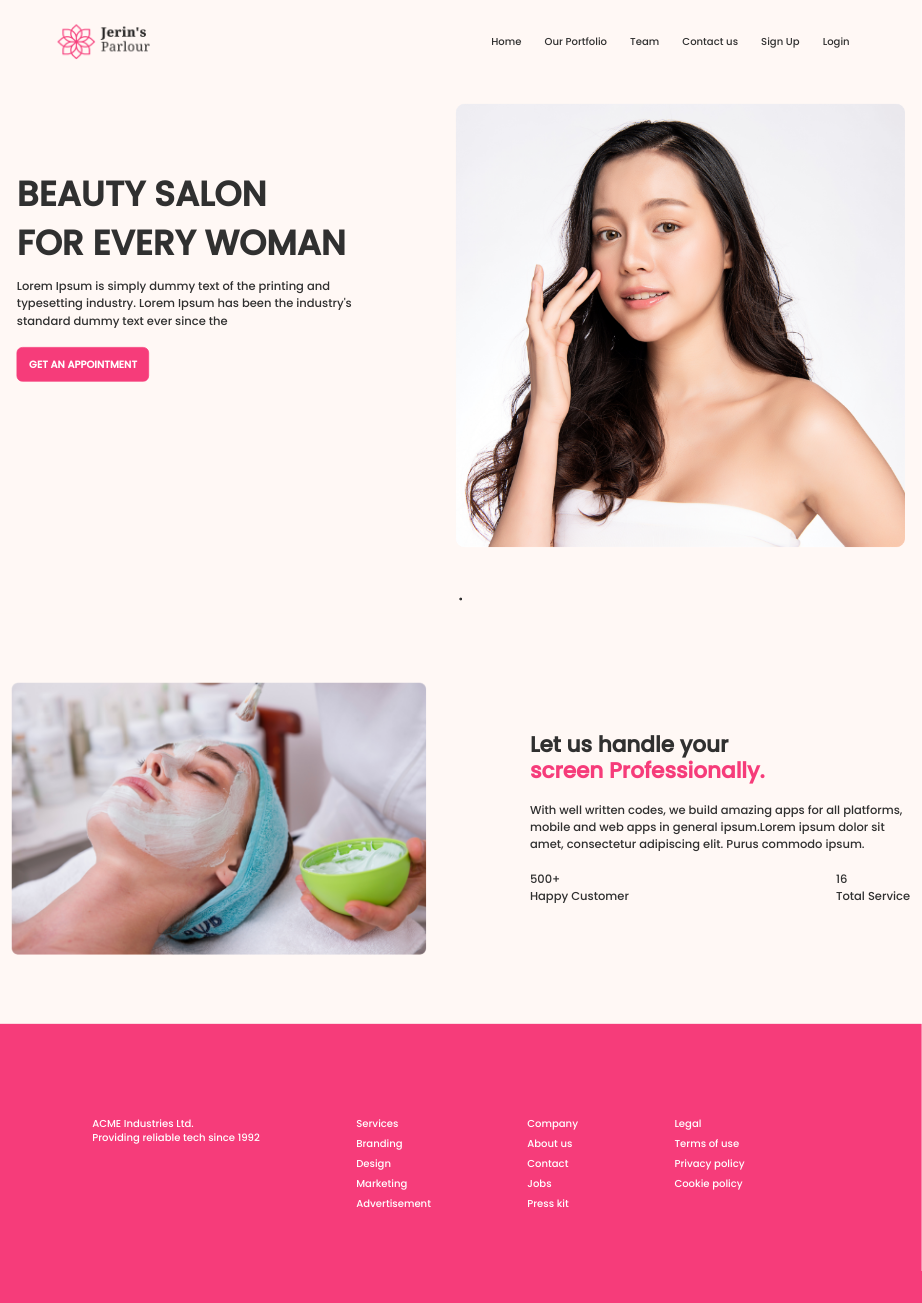
Repository: Wahid137/jerins-parlour-client
Page: /
These files come from the project's save history. The page is drawn as it stood at one moment and after the next save; the edit follows.
The browser window is 1280 px wide. The pictures show the whole page, at 72% of full size.
The page's requests for data from a server got no answer. The project was rebuilt for these pictures with package versions that can differ from the ones it lists, and the page was loaded fresh each time. No one was signed in, and anything a server would have sent is missing. Also part of the build but not shown: src/App.css, src/Pages/Home/Services/ServicesCard.js.

Above is the page before, as saved 2023-07-16 04:31:19.

After the next save:
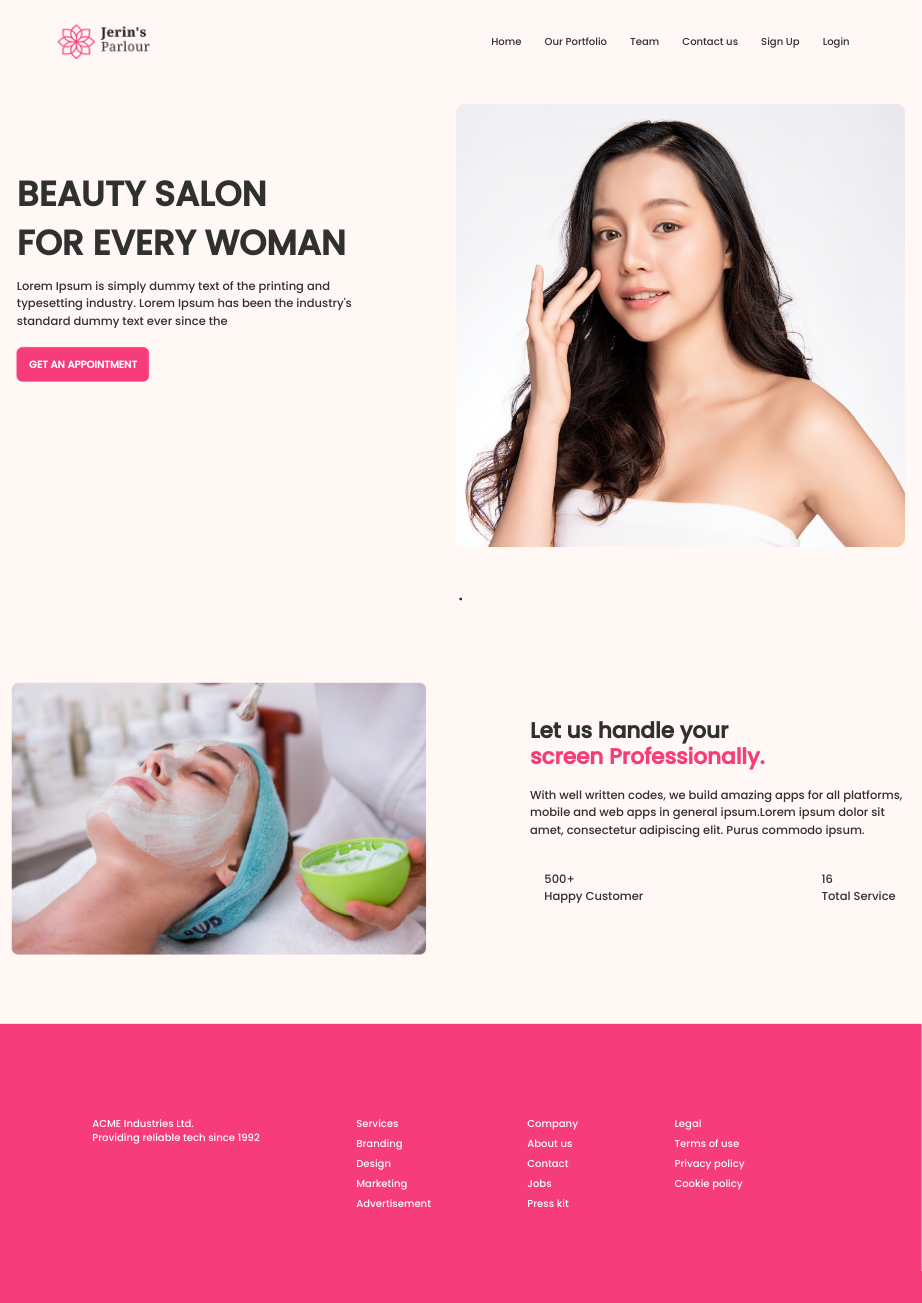
Saved 17 s later.
--- a/src/Pages/Home/Screen/Screen.js
+++ b/src/Pages/Home/Screen/Screen.js
@@ -9,7 +9,7 @@
                 <div className='lg:w-1/2 ms-32'>
                     <h1 className="text-3xl font-semibold">Let us handle your <br /><span className='text-primary'>screen Professionally.</span></h1>
                     <p className="py-6">With well written codes, we build amazing apps for all platforms, mobile and web apps in general ipsum.Lorem ipsum dolor sit amet, consectetur adipiscing elit. Purus commodo ipsum.</p>
-                    <div className='flex justify-between'>
+                    <div className='flex justify-between p-5'>
                         <div>
                             <p>500+</p>
                             <p>Happy Customer</p>

After the save that followed:
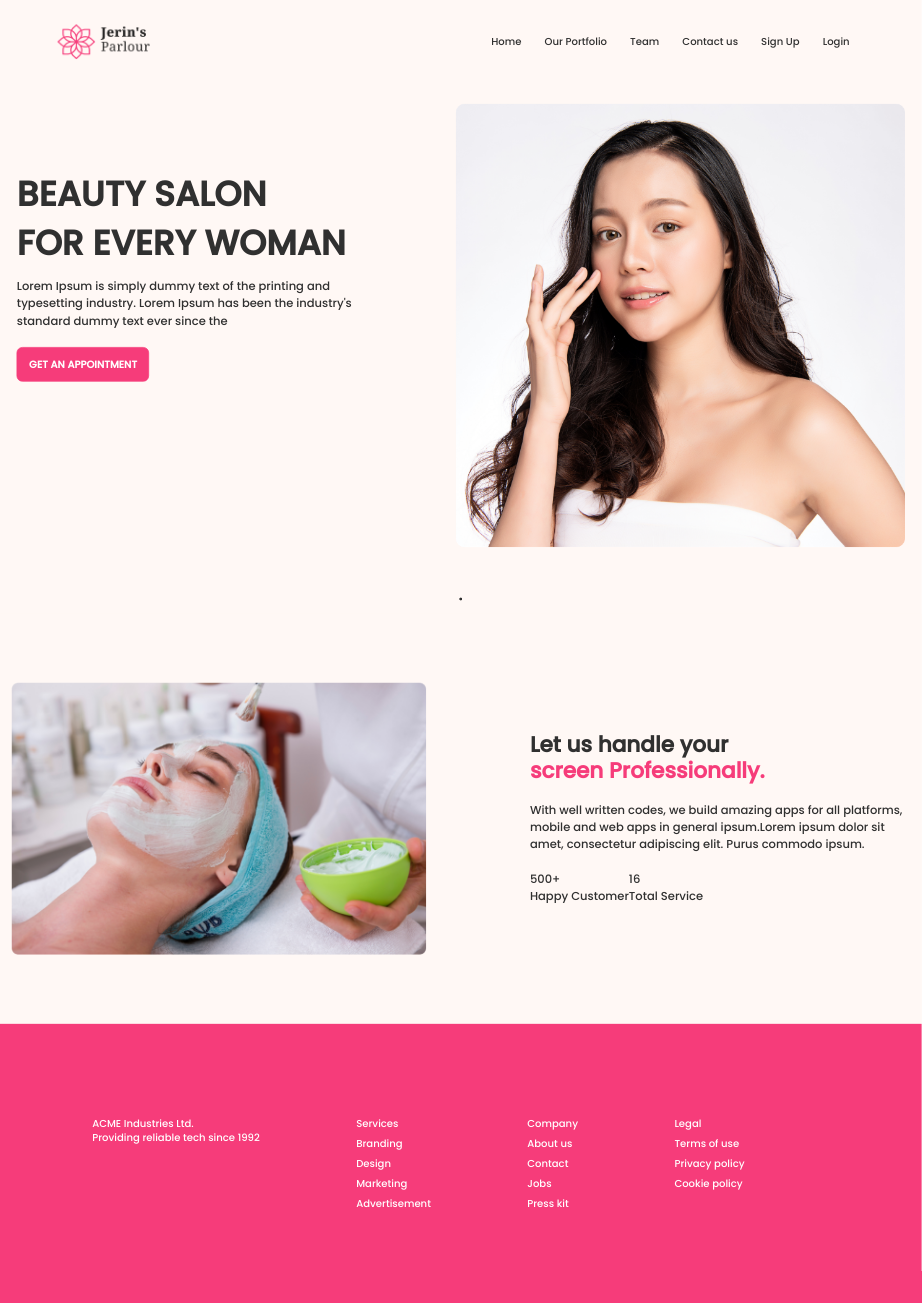
Saved 24 s later.
--- a/src/Pages/Home/Screen/Screen.js
+++ b/src/Pages/Home/Screen/Screen.js
@@ -9,7 +9,7 @@
                 <div className='lg:w-1/2 ms-32'>
                     <h1 className="text-3xl font-semibold">Let us handle your <br /><span className='text-primary'>screen Professionally.</span></h1>
                     <p className="py-6">With well written codes, we build amazing apps for all platforms, mobile and web apps in general ipsum.Lorem ipsum dolor sit amet, consectetur adipiscing elit. Purus commodo ipsum.</p>
-                    <div className='flex justify-between p-5'>
+                    <div className='flex'>
                         <div>
                             <p>500+</p>
                             <p>Happy Customer</p>
